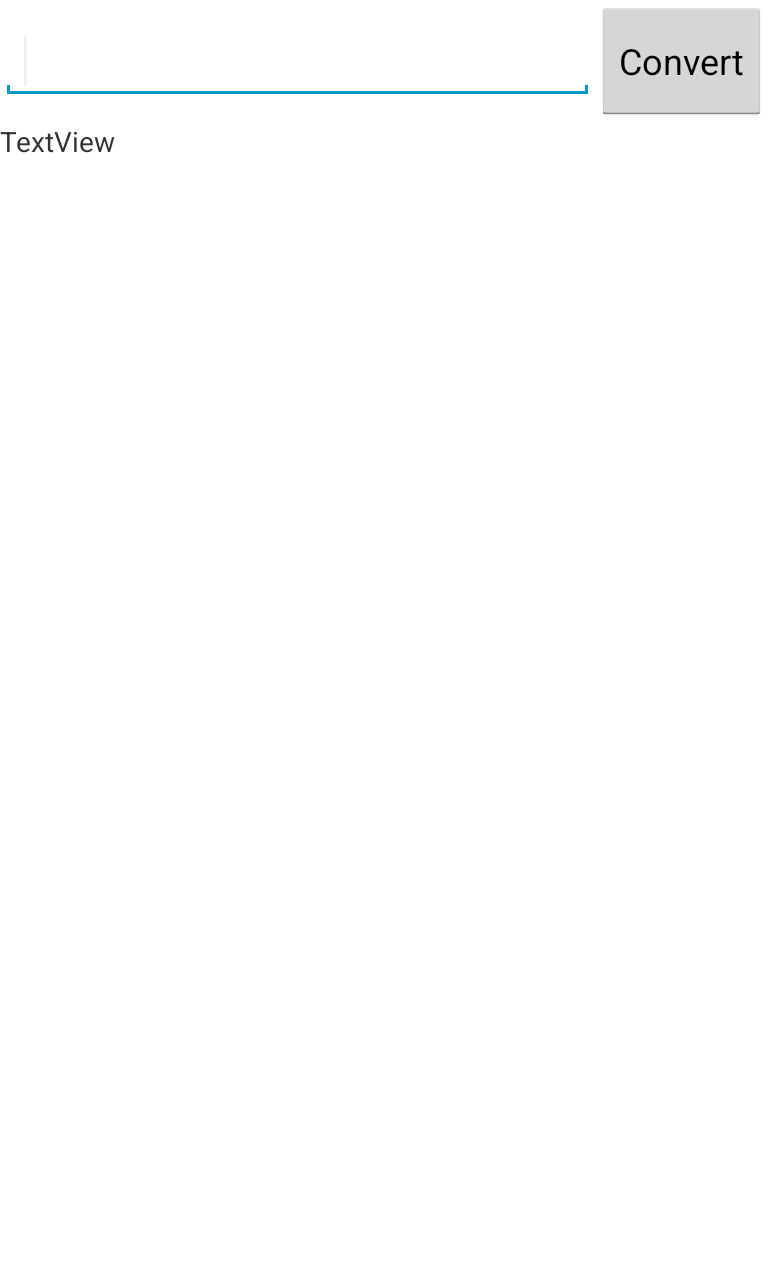
Repository: vinny1575/Java1
Layout: TempCalc20/res/layout/conversion.xml
The author's editor kept a copy of each file at every save. The layout is drawn from the files as they stood at one save, then again after the next save.
It is drawn on a 768 x 1280 px phone screen (xhdpi) without system bars, with theme AppTheme; the app's code is not run.

Above is the layout before, as saved 2013-05-08 19:06:41.

After the next save:
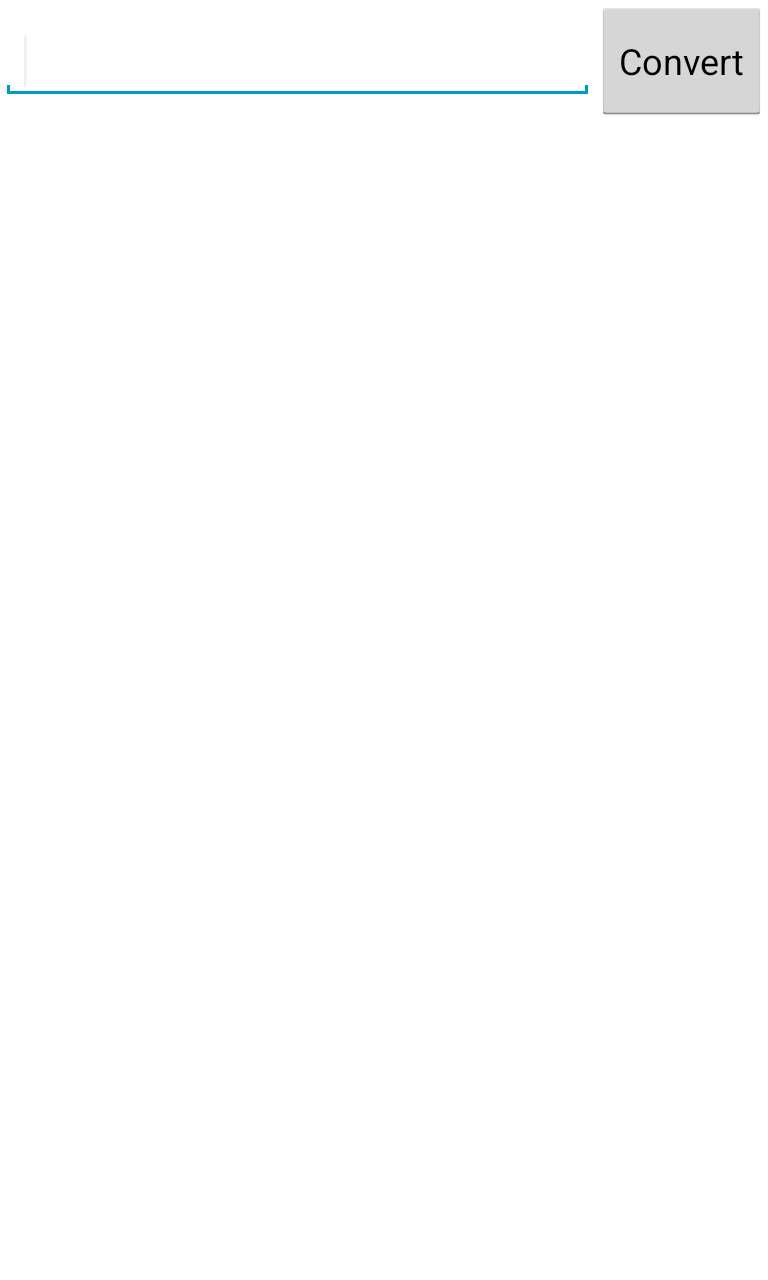
Saved 46 s later.
--- a/TempCalc20/res/layout/conversion.xml
+++ b/TempCalc20/res/layout/conversion.xml
@@ -30,6 +30,6 @@
         android:layout_width="90dp"
         android:layout_height="wrap_content"
         android:layout_weight="0.08"
-        android:text="TextView" />
+        android:text="" />
 
 </LinearLayout>
